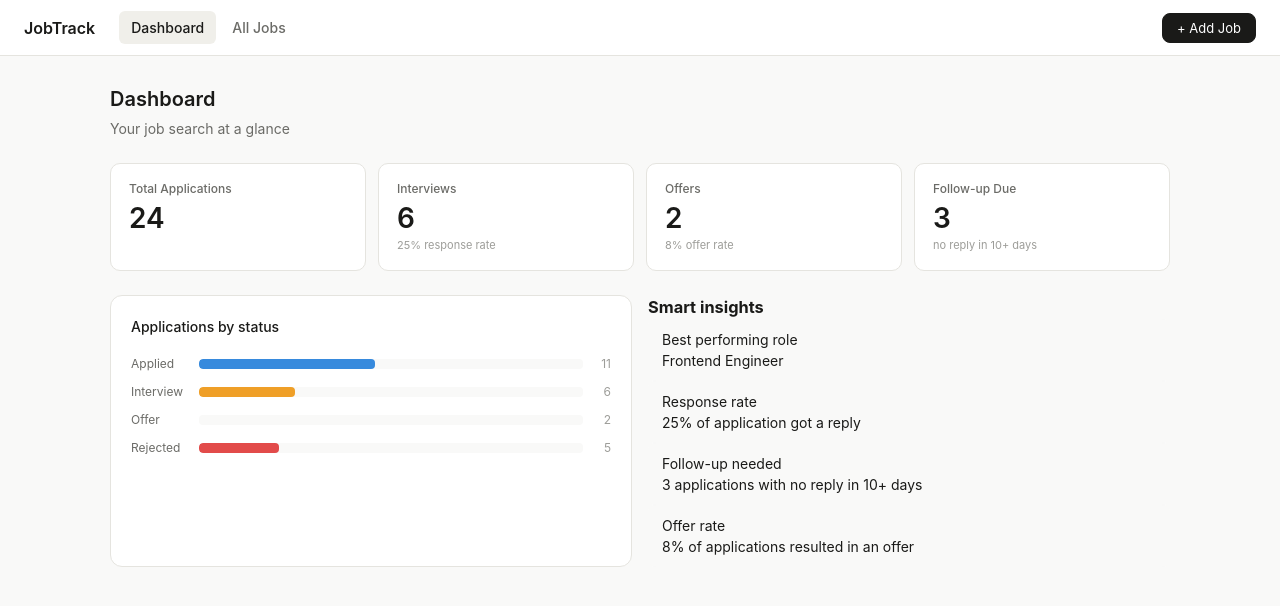
Repository: adtm0/jobtracker
Page: /dashboard (app in frontend/)
The author's editor kept a copy of each file at every save. The page is drawn from the files as they stood at one save, then again after a run of saves.
The browser window is 1280 px wide. The pictures show the whole page.
The project was rebuilt for these pictures with package versions that can differ from the ones it lists, and the page was loaded fresh each time. Also part of the build but not shown: frontend/vite.config.js, frontend/src/pages/Login.jsx, frontend/src/pages/Register.jsx, frontend/src/pages/Jobs.jsx, frontend/src/pages/JobForm.jsx.

Above is the page before, as saved 2026-04-19 21:40:58.

### frontend/src/main.jsx
import { StrictMode } from "react";
import React from "react";
import ReactDOM from 'react-dom/client'
import { BrowserRouter } from 'react-router-dom'
import { createRoot } from "react-dom/client";
import "./index.css";
import App from "./App.jsx";

createRoot(document.getElementById("root")).render(
  <StrictMode>
    <BrowserRouter>
      <App />
    </BrowserRouter>
  </StrictMode>,
);

### frontend/src/index.css
*, *::before, *::after {
  box-sizing: border-box;
  margin: 0;
  padding: 0;
}

body {
  font-family: -apple-system, BlinkMacSystemFont, 'Segoe UI', sans-serif;
  background: #f9f9f8;
  color: #1a1a18;
  font-size: 14px;
  line-height: 1.5;
}

main {
  max-width: 1100px;
  margin: 0 auto;
  padding: 28px 20px;
}

input, select, textarea {
  width: 100%;
  padding: 8px 12px;
  border: 1px solid #e5e4df;
  border-radius: 8px;
  font-size: 14px;
  font-family: inherit;
  outline: none;
}

input:focus, select:focus, textarea:focus {
  border-color: #185FA5;
}

button {
  cursor: pointer;
  font-family: inherit;
  font-size: 14px;
  border-radius: 8px;
  border: 1px solid #e5e4df;
  background: #fff;
  padding: 8px 16px;
}

button:hover {
  background: #f9f9f8;
}

.btn-primary {
  background: #1a1a18;
  color: #fff;
  border-color: #1a1a18;
}

.btn-primary:hover {
  background: #333;
}

label {
  display: block;
  font-size: 12px;
  font-weight: 500;
  color: #6b6b67;
  margin-bottom: 5px;
}

### frontend/src/App.jsx
import {Routes, Route} from 'react-router-dom'
import Login from './pages/Login'
import Register from './pages/Register'
import Dashboard from './pages/Dashboard'
import Jobs from './pages/Jobs'
import JobForm from './pages/JobForm'
import Navbar from './components/Navbar'

function Layout({ children }) {
  return (
    <>
      <Navbar />
      <main>
        {children}
      </main>
    </>
  );
}

function App() {

  return (
    <Routes>
      <Route path='/login' element={<Login />} />
      <Route path='/register' element={<Register />} />
      <Route path='/dashboard' element={<Layout><Dashboard /></Layout>} />
      <Route path='/jobs' element={<Layout><Jobs /></Layout>} />
      <Route path='/jobs/new' element={<Layout><JobForm /></Layout>} />
    </Routes>
  )
}

export default App

### frontend/src/pages/Dashboard.jsx
const MOCK_STATS = {
  total: 24,
  applied: 11,
  interview: 6,
  offer: 2,
  rejected: 5,
  response_rate: 25,
  offer_rate: 8,
  follow_up_due: 3,
  best_role: "Frontend Engineer",
};
export default function Dashboard() {
  const stats = MOCK_STATS;

  return (
    <div>
      <div style={{ marginBottom: 24 }}>
        <h2 style={{ fontSize: 20, fontWeight: 600 }}>Dashboard</h2>
        <p style={{ color: "#6b6b67", marginTop: 4 }}>
          Your job search at a glance
        </p>
      </div>

      {/* stat cards */}
      <div
        style={{
          display: "grid",
          gridTemplateColumns: "repeat(4, 1fr)",
          gap: 12,
          marginBottom: 24,
        }}
      >
        {[
          { label: "Total Applications", value: stats.total },
          {
            label: "Interviews",
            value: stats.interview,
            sub: `${stats.response_rate}% response rate`,
          },
          {
            label: "Offers",
            value: stats.offer,
            sub: `${stats.offer_rate}% offer rate`,
          },
          {
            label: "Follow-up Due",
            value: stats.follow_up_due,
            sub: "no reply in 10+ days",
          },
        ].map(({ label, value, sub }) => (
          <div
            key={label}
            style={{
              background: "#fff",
              border: "1px solid #e5e4df",
              borderRadius: 10,
              padding: "16px 18px",
            }}
          >
            <div
              style={{
                fontSize: 12,
                color: "#6b6b67",
                fontWeight: 500,
                marginBottom: 6,
              }}
            >
              {label}
            </div>
            <div style={{ fontSize: 28, fontWeight: 600, lineHeight: 1 }}>
              {value}
            </div>
            {sub && (
              <div style={{ fontSize: 11, color: "#9d9d99", marginTop: 5 }}>
                {sub}
              </div>
            )}
          </div>
        ))}
      </div>

      {/* bottom section */}
      <div style={{ display: "grid", gridTemplateColumns: "1fr 1fr", gap: 16 }}>
        {/* status breakdown */}
        <div
          style={{
            background: "#fff",
            border: "1px solid #e5e4df",
            borderRadius: 12,
            padding: 20,
          }}
        >
          <h3 style={{ fontWeight: 500, fontSize: 14, marginBottom: 18 }}>
            Applications by status
          </h3>
          <div style={{ display: "flex", flexDirection: "column", gap: 10 }}>
            {[
              {
                label: "Applied",
                value: stats.applied,
                total: stats.total,
                color: "#378ADD",
              },
              {
                label: "Interview",
                value: stats.interview,
                total: stats.total,
                color: "#EF9F27",
              },
              {
                label: "Offer",
                value: stats.offer,
                total: stats.total,
                color: "#63922",
              },
              {
                label: "Rejected",
                value: stats.rejected,
                total: stats.total,
                color: "#E24B4A",
              },
            ].map(({ label, value, total, color }) => (
              <div
                key={label}
                style={{ display: "flex", alignItems: "center", gap: 8 }}
              >
                <span style={{ fontSize: 12, color: "#6b6b67", width: 60 }}>
                  {label}
                </span>
                <div
                  style={{
                    flex: 1,
                    background: "#f9f9f8",
                    borderRadius: 4,
                    height: 10,
                    overflow: "hidden",
                  }}
                >
                  <div
                    style={{
                      width: `${(value / total) * 100}%`,
                      height: "100%",
                      background: color,
                      borderRadius: 4,
                    }}
                  />
                </div>
                <span
                  style={{
                    fontSize: 12,
                    color: "#9d9d99",
                    width: 20,
                    textAlign: "right",
                  }}
                >
                  {value}
                </span>
              </div>
            ))}
          </div>
        </div>

        {/* insights */}
        <div>
          <h3>Smart insights</h3>
          <div>
            {[
              { label: 'Best performing role', value: stats.best_role},
              { label: 'Response rate', value: `${stats.response_rate}% of application got a reply`},
              { label: 'Follow-up needed', value: `${stats.follow_up_due} applications with no reply in 10+ days`},
              { label: 'Offer rate', value: `${stats.offer_rate}% of applications resulted in an offer`},
            ].map(({ label, value }) => (
              <div key={label} style={{background: '#f9f9f8', borderRadius: 8, padding: '10px 14px'}}>
                <div>{label}</div>
                <div>{value}</div>
              </div>
            ))}
          </div>
        </div>
      </div>
    </div>
  );
}

### frontend/src/components/Navbar.jsx
import { NavLink } from "react-router-dom";

export default function Navbar() {
  return (
    <nav
      style={{
        background: "#fff",
        borderBottom: "1px solid #e5e4df",
        padding: "0 24px",
        height: 56,
        display: "flex",
        alignItems: "center",
        justifyContent: "space-between",
        position: "sticky",
        top: 0,
        zIndex: 100,
      }}
    >
      <div style={{ display: "flex", alignItems: "center", gap: 4 }}>
        <span style={{ fontWeight: 600, fontSize: 16, marginRight: 20 }}>
          JobTrack
        </span>
        <NavLink to="/dashboard" style={linkStyle}>
          Dashboard
        </NavLink>
        <NavLink to="/jobs" style={linkStyle}>
          All Jobs
        </NavLink>
      </div>
      <NavLink to="/jobs/new" style={{ textDecoration: "none" }}>
        <button
          className="btn-primary"
          style={{ fontSize: 13, padding: "6px 14px" }}
        >
          + Add Job
        </button>
      </NavLink>
    </nav>
  );
}

const linkStyle = ({ isActive }) => ({
  textDecoration: "none",
  fontSize: 14,
  fontWeight: 500,
  padding: '6px 12px',
  borderRadius: 6,
  color: isActive ? '#1a1a18' : '#6b6b67',
  background: isActive ? '#f0efea' : 'transparent'
});

After the next 2 saves:
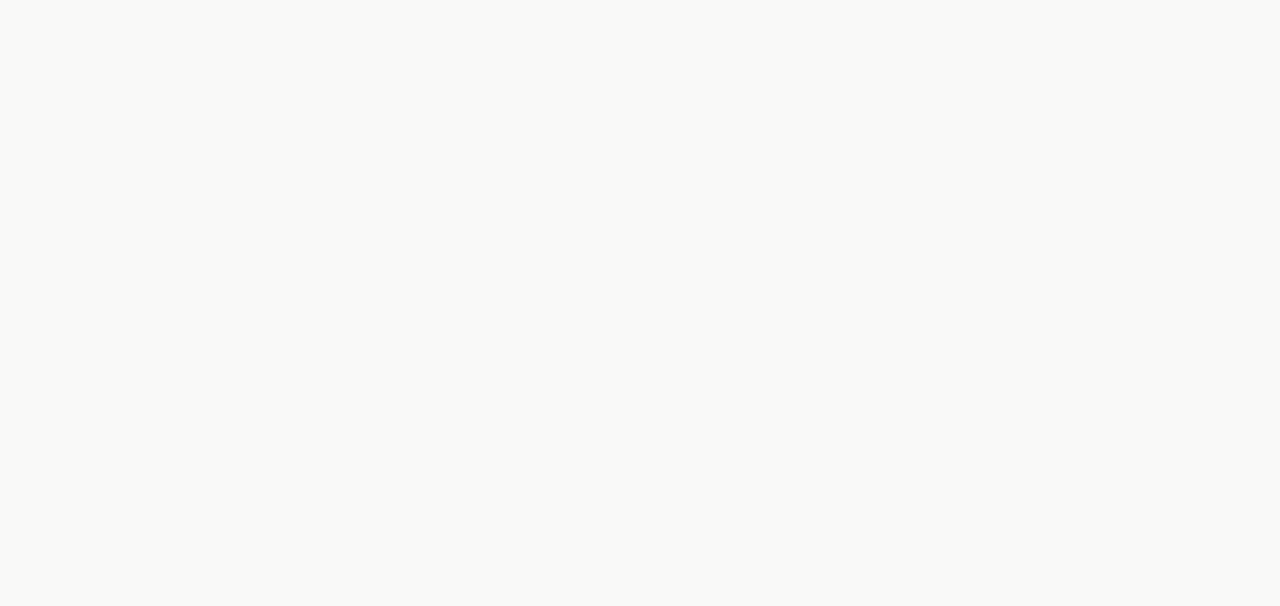
Console error: ReferenceError: fontSize is not defined
The 2 saves are shown as one change because they came seconds apart.
The last was saved 19 s later.
--- a/frontend/src/pages/Dashboard.jsx
+++ b/frontend/src/pages/Dashboard.jsx
@@ -171,7 +171,7 @@
               { label: 'Offer rate', value: `${stats.offer_rate}% of applications resulted in an offer`},
             ].map(({ label, value }) => (
               <div key={label} style={{background: '#f9f9f8', borderRadius: 8, padding: '10px 14px'}}>
-                <div>{label}</div>
+                <div style={{fontSize}}>{label}</div>
                 <div>{value}</div>
               </div>
             ))}

After the 3 saves that followed:
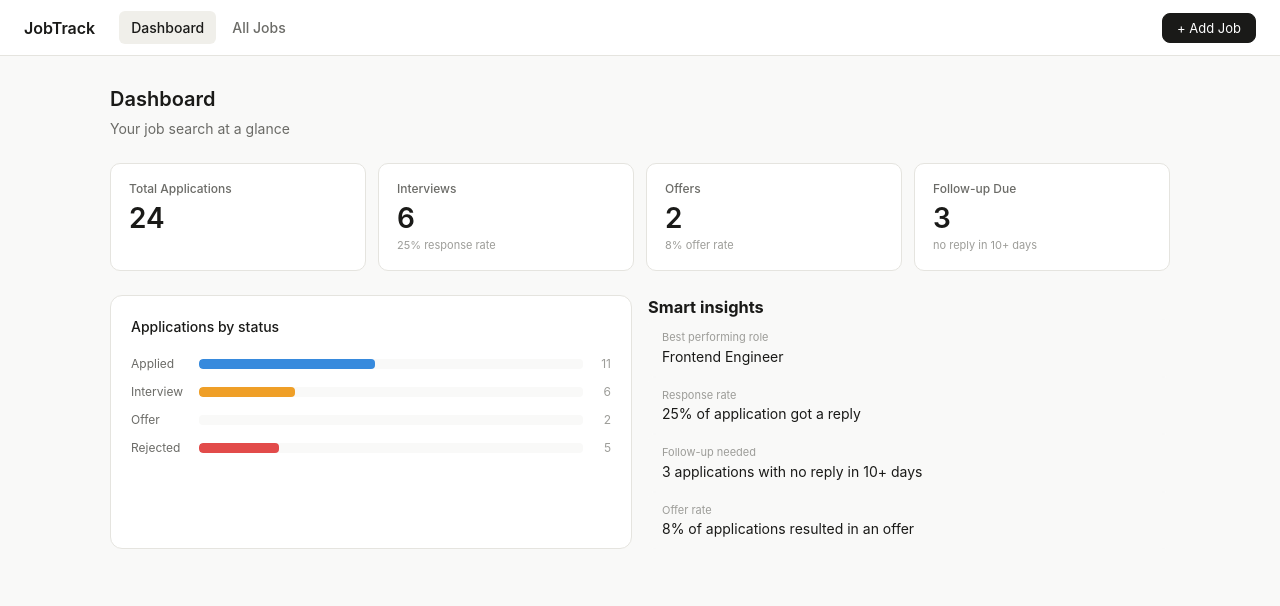
The error is gone.
The 3 saves are shown as one change because they came seconds apart.
The last was saved 9 s later.
--- a/frontend/src/pages/Dashboard.jsx
+++ b/frontend/src/pages/Dashboard.jsx
@@ -171,7 +171,7 @@
               { label: 'Offer rate', value: `${stats.offer_rate}% of applications resulted in an offer`},
             ].map(({ label, value }) => (
               <div key={label} style={{background: '#f9f9f8', borderRadius: 8, padding: '10px 14px'}}>
-                <div style={{fontSize}}>{label}</div>
+                <div style={{fontSize: 11, color: '#9d9d99'}}>{label}</div>
                 <div>{value}</div>
               </div>
             ))}
